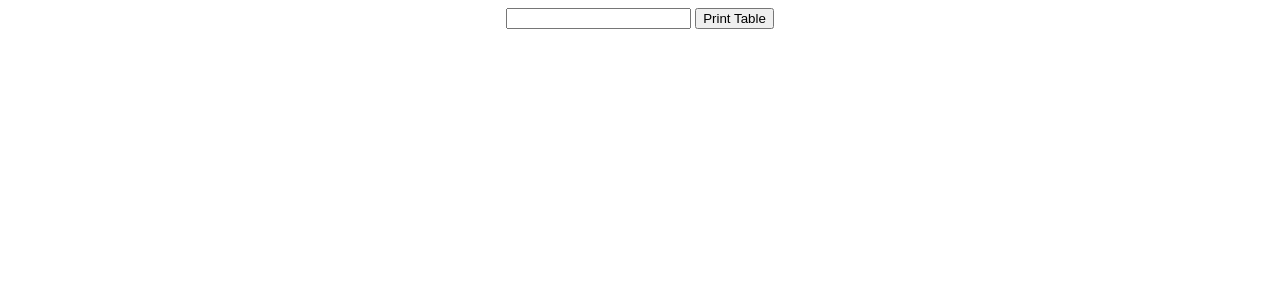
Repository: KiranNaikwadi/JSP
Page: http://localhost/Program/Table.jsp
An editor plug-in stored every save of this project. The page is shown before and after a run of saves, followed by the edit.
The browser window is 1280 px wide. The pictures show the whole page.
The page is served by Tomcat 9.

Above is the page before, as saved 2024-04-06 05:09:58.

### Program/src/main/webapp/Table.jsp
<%@ page language="java" contentType="text/html; charset=UTF-8"
    pageEncoding="UTF-8"%>
<!DOCTYPE html>
<html>
<head>
<meta charset="UTF-8">
<title>Insert title here</title>
<style>
input{
}
</style>
</head>
<body>
<%!
int tab,no;
%>
<center>

<form name='frm' action='' method='get'>
<input type='text' name='num' value=''>
<input type='submit' name='s' value='Print Table'>
</form>
</center>
<%
String btn=request.getParameter("s");
if(btn!=null){
	for(int i=0;i<=10;i++){
		no=Integer.parseInt(request.getParameter("num"));
		tab=i*no;
	}
}
%>
</body>
</html>

After the next 3 saves:
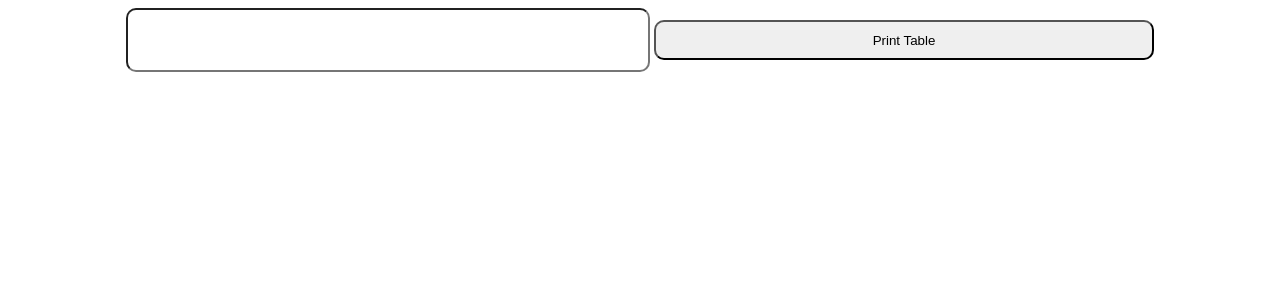
The 3 saves are shown as one change because 2 did not build or start.
The last was saved 2 min 26 s later.
--- a/Program/src/main/webapp/Table.jsp
+++ b/Program/src/main/webapp/Table.jsp
@@ -7,6 +7,10 @@
 <title>Insert title here</title>
 <style>
 input{
+width:500px;
+height:40px;
+border-radius:10px;
+padding:10px;
 }
 </style>
 </head>
@@ -15,7 +19,6 @@ input{
 int tab,no;
 %>
 <center>
-
 <form name='frm' action='' method='get'>
 <input type='text' name='num' value=''>
 <input type='submit' name='s' value='Print Table'>
@@ -27,6 +30,7 @@ if(btn!=null){
 	for(int i=0;i<=10;i++){
 		no=Integer.parseInt(request.getParameter("num"));
 		tab=i*no;
+		out.println(tab+"<br>");
 	}
 }
 %>
